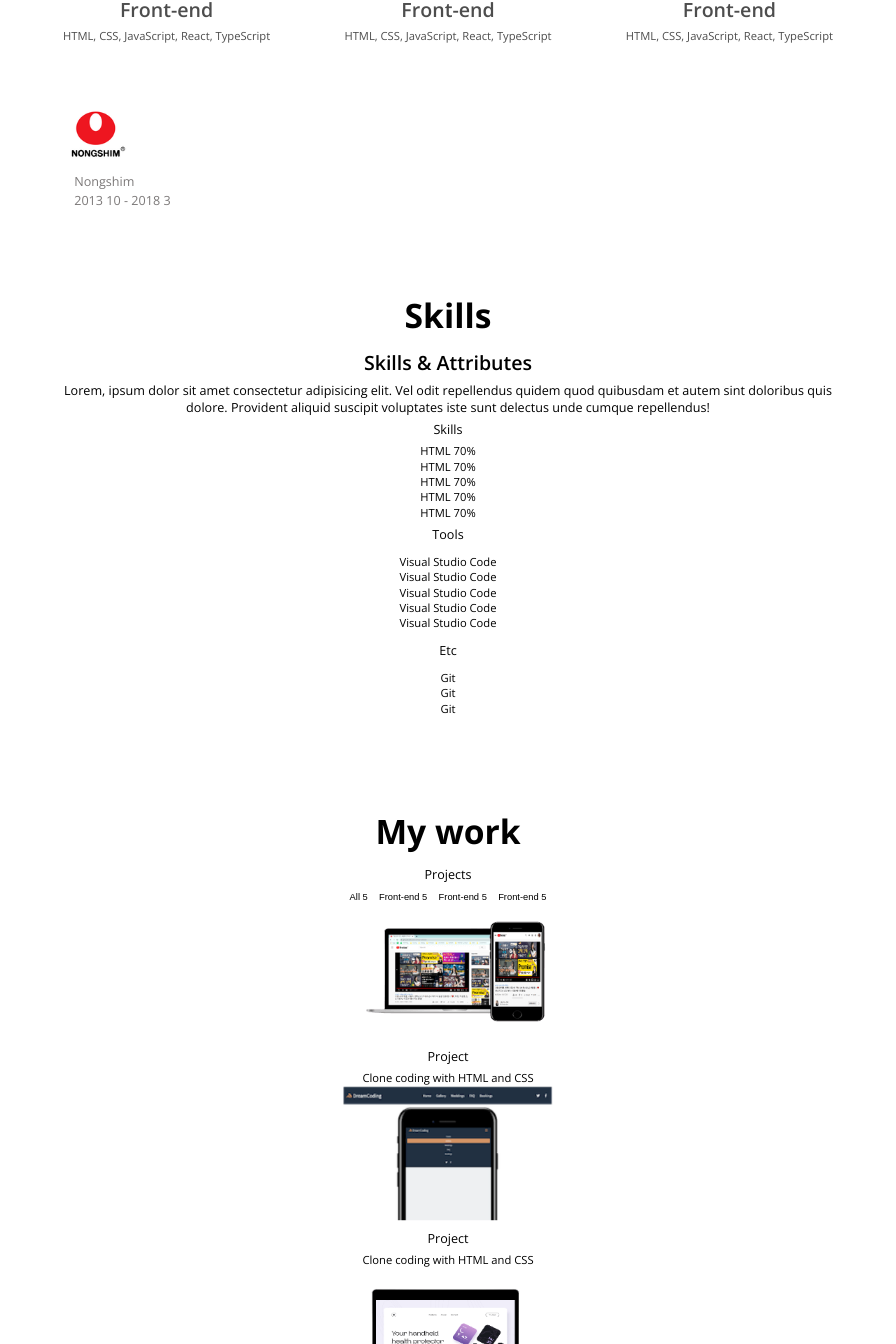
Repository: beomsu9696/Dream_Coding_Academy4
Page: index.html
An editor plug-in stored every save of this project. The page is shown before and after the next save, followed by the edit.
The browser window is 1280 px wide. The pictures show the part of the page from y = 1203 to 3123 px (the page is 6060 px tall before and 6055 px after), at 70% of full size.
Some web libraries are served in a nearby version.

Above is the page before, as saved 2021-01-25 22:14:48.

### index.html
<!DOCTYPE html>
<html lang="en">
  <head>
    <meta charset="UTF-8" />
    <meta name="viewport" content="width=device-width, initial-scale=1.0" />
    <title>Portfolio</title>
    <meta name="description" content="Portfolio" />
    <meta name="author" content="Beomsu" />
    <link rel="icon" type="image/png" href="images/favicon.png" />
    <script
      src="https://kit.fontawesome.com/c90a48a564.js"
      crossorigin="anonymous"
    ></script>
    <link rel="preconnect" href="https://fonts.gstatic.com" />
    <link
      href="https://fonts.googleapis.com/css2?family=Open+Sans:wght@400;600;700&display=swap"
      rel="stylesheet"
    />
    <link rel="stylesheet" href="style.css" />
    <script src="main.js" defer></script>
  </head>
  <body>
    <!-- Navbar -->
    <nav id="navbar">
      <div class="navbar__logo">
        <i class="fab fa-diaspora"></i>
        <a href="#">Beomsu</a>
      </div>
      <ul class="navbar__menu">
        <li class="navbar__menu__item active">Home</li>
        <li class="navbar__menu__item">About</li>
        <li class="navbar__menu__item">Skills</li>
        <li class="navbar__menu__item">My Work</li>
        <li class="navbar__menu__item">Testimonials</li>
        <li class="navbar__menu__item">Contact</li>
      </ul>
    </nav>
    <!-- Home -->
    <section id="home">
      <img
        src="images/profile.JPG"
        alt="Beomsu's profile photo"
        class="home__avatar"
      />
      <h1 class="home__title">Hello, <br />I'm Dream Coder</h1>
      <h2 class="home__description">Working from home</h2>
      <button class="home__contact">Contact Me</button>
    </section>
    <!-- About -->
    <section id="about" class="section">
      <h1>About me</h1>
      <p>
        Lorem ipsum dolor sit, amet consectetur adipisicing elit. Nesciunt,
        minus officiis? Accusamus eligendi animi fuga quam ex sed eos similique
        quidem sit eum veniam facere aliquid natus, inventore nesciunt quod.
      </p>
      <div class="about__majors">
        <div class="major">
          <div class="major__icon">
            <i class="fab fa-html5"></i>
          </div>
          <h2 class="major__title">Front-end</h2>
          <div class="major__description">
            HTML, CSS, JavaScript, React, TypeScript
          </div>
        </div>
        <div class="major">
          <div class="major__icon">
            <i class="fab fa-html5"></i>
          </div>
          <h2 class="major__title">Front-end</h2>
          <div class="major__description">
            HTML, CSS, JavaScript, React, TypeScript
          </div>
        </div>
        <div class="major">
          <div class="major__icon">
            <i class="fab fa-html5"></i>
          </div>
          <h2 class="major__title">Front-end</h2>
          <div class="major__description">
            HTML, CSS, JavaScript, React, TypeScript
          </div>
        </div>
      </div>
      <div class="about__jobs">
        <div class="job">
          <img
            src="images/jobs/logo-nongshim.png"
            alt="nongshim"
            class="job__logo"
          />
          <div class="job__description">
            <p class="job__name"></p>
            <p class="job__period"></p>
          </div>
        </div>
        <div class="job">
          <img src="" alt="" class="job__logo" />
          <div class="job__description">
            <p class="job__name">Nongshim</p>
            <p class="job__period">2013 10 - 2018 3</p>
          </div>
        </div>
      </div>
    </section>
    <!-- Skills -->
    <section id="skills" class="section">
      <h1>Skills</h1>
      <h2>Skills & Attributes</h2>
      <p>
        Lorem, ipsum dolor sit amet consectetur adipisicing elit. Vel odit
        repellendus quidem quod quibusdam et autem sint doloribus quis dolore.
        Provident aliquid suscipit voluptates iste sunt delectus unde cumque
        repellendus!
      </p>
      <div class="skillset">
        <div class="skillset__left">
          <h3 class="skillset__title">Skills</h3>
          <div class="skill">
            <div class="skill_description"></div>
            <span>HTML</span>
            <span>70%</span>
            <!-- <progress value="70" max="100"></progress> -->
            <div class="skill__bar">
              <div class="skill__value"></div>
            </div>
          </div>
          <div class="skill">
            <div class="skill_description"></div>
            <span>HTML</span>
            <span>70%</span>
            <div class="skill__bar">
              <div class="skill__value"></div>
            </div>
          </div>
          <div class="skill">
            <div class="skill_description"></div>
            <span>HTML</span>
            <span>70%</span>
            <div class="skill__bar">
              <div class="skill__value"></div>
            </div>
          </div>
          <div class="skill">
            <div class="skill_description"></div>
            <span>HTML</span>
            <span>70%</span>
            <div class="skill__bar">
              <div class="skill__value"></div>
            </div>
          </div>
          <div class="skill">
            <div class="skill_description"></div>
            <span>HTML</span>
            <span>70%</span>
            <div class="skill__bar">
              <div class="skill__value"></div>
            </div>
          </div>
        </div>
        <div class="skillset__right">
          <div class="tools">
            <h3 class="skillset__title">Tools</h3>
            <ul class="tools__list">
              <li><span>Visual Studio Code</span></li>
              <li><span>Visual Studio Code</span></li>
              <li><span>Visual Studio Code</span></li>
              <li><span>Visual Studio Code</span></li>
              <li><span>Visual Studio Code</span></li>
            </ul>
          </div>
          <div class="etc">
            <h3 class="skillset__title">Etc</h3>
            <ul class="etc__list">
              <li><span>Git</span></li>
              <li><span>Git</span></li>
              <li><span>Git</span></li>
            </ul>
          </div>
        </div>
      </div>
    </section>
    <!-- Work -->
    <section id="work" class="section">
      <h1>My work</h1>
      <h3>Projects</h3>
      <div class="work__categories">
        <button class="category__btn">
          All <span class="category__count">5</span>
        </button>
        <button class="category__btn">
          Front-end <span class="category__count">5</span>
        </button>
        <button class="category__btn">
          Front-end <span class="category__count">5</span>
        </button>
        <button class="category__btn">
          Front-end <span class="category__count">5</span>
        </button>
      </div>
      <div class="work__projects">
        <a href="#" class="project" target="_blank"></a>
        <img
          class="project__img"
          src="images/projects/project1.png"
          alt="Project1"
        />
        <div class="project__description">
          <h3>Project</h3>
          <span>Clone coding with HTML and CSS</span>
        </div>
      </div>
      <div class="work__projects">
        <a href="#" class="project" target="_blank"></a>
        <img
          class="project__img"
          src="images/projects/project2.png"
          alt="Project2"
        />
        <div class="project__description">
          <h3>Project</h3>
          <span>Clone coding with HTML and CSS</span>
        </div>
      </div>
      <div class="work__projects">
        <a href="#" class="project" target="_blank"></a>
        <img
          class="project__img"
          src="images/projects/project3.png"
          alt="Project3"
        />
        <div class="project__description">
          <h3>Project</h3>
          <span>Clone coding with HTML and CSS</span>
        </div>
      </div>
      <div class="work__projects">
        <a href="#" class="project" target="_blank"></a>
        <img
          class="project__img"
          src="images/projects/project4.png"
          alt="Project4"
        />
        <div class="project__description">
          <h3>Project</h3>
          <span>Clone coding with HTML and CSS</span>
        </div>
      </div>
      <div class="work__projects">
        <a href="#" class="project" target="_blank"></a>
        <img
          class="project__img"
          src="images/projects/project5.png"
          alt="Project5"
        />
        <div class="project__description">
          <h3>Project</h3>
          <span>Clone coding with HTML and CSS</span>
        </div>
      </div>
      <div class="work__projects">
        <a href="#" class="project" target="_blank"></a>
        <img
          class="project__img"
          src="images/projects/project6.png"
          alt="Project6"
        />
        <div class="project__description">
          <h3>Project</h3>
          <span>Clone coding with HTML and CSS</span>
        </div>
      </div>
      <div class="work__projects">
        <a href="#" class="project" target="_blank"></a>
        <img
          class="project__img"
          src="images/projects/project7.png"
          alt="Project7"
        />
        <div class="project__description">
          <h3>Project</h3>
          <span>Clone coding with HTML and CSS</span>
        </div>
      </div>
      <div class="work__projects">
        <a href="#" class="project" target="_blank"></a>
        <img
          class="project__img"
          src="images/projects/project8.png"
          alt="Project8"
        />
        <div class="project__description">
          <h3>Project</h3>
          <span>Clone coding with HTML and CSS</span>
        </div>
      </div>
    </section>
    <!-- Testimonials -->
    <section id="testimonials" class="section">
      <h1>Testimonials</h1>
      <h3>See what they say about me</h3>
      <div class="testimonials">
        <div class="testimonial">
          <img
            src="images/people1.jpg"
            alt="People"
            class="testmonial__avatar"
          />
          <div class="testimonial__speech-bubble">
            <p>
              Lorem ipsum dolor sit amet consectetur adipisicing elit. Corporis
              sequi mollitia odit commodi, neque illo. Voluptatum possimus illum
              qui dolores optio porro ipsa doloribus atque tenetur voluptas,
              distinctio nulla sit?
            </p>
            <p class="name"><a href="#">Man</a>Google</p>
          </div>
        </div>
        <div class="testimonial">
          <img
            src="images/people1.jpg"
            alt="People"
            class="testmonial__avatar"
          />
          <div class="testimonial__speech-bubble">
            <p>
              Lorem ipsum dolor sit amet consectetur adipisicing elit. Corporis
              sequi mollitia odit commodi, neque illo. Voluptatum possimus illum
              qui dolores optio porro ipsa doloribus atque tenetur voluptas,
              distinctio nulla sit?
            </p>
            <p class="name"><a href="#">Man</a>Google</p>
          </div>
        </div>
      </div>
    </section>
    <!-- Contact -->
    <section id="contact" class="section">
      <h1 class="contact__title">Let's talk</h1>
      <h2 class="contact__email">dream.coder.ellie@gmail.com</h2>
      <div class="contact__links">
        <a href="#" target="_blank">
          <i class="fab fa-github"></i>
        </a>
        <a href="#" target="_blank">
          <i class="fab fa-linkedin"></i>
        </a>
      </div>
      <p class="contact__rights">
        2021 Dream Coding Ellie - All rights reserved
      </p>
    </section>
  </body>
</html>

### style.css
/* Universal tags */
* {
  box-sizing: border-box;
}

body {
  margin: 0;
  font-family: "Open Sans", sans-serif;
  cursor: default;
}

a {
  text-decoration: none;
  color: var(--color-white);
}

ul {
  list-style: none;
  padding-left: 0;
}

button {
  outline: none;
  background-color: transparent;
  cursor: pointer;
  border: none;
}

/* Global */
:root {
  /* Color */
  --color-white: #ffffff;
  --color-light-white: #eeeeee;
  --color-dark-white: #bdbdbd;
  --color-pink: #fe918d;
  --color-dark-pink: #ff6863;
  --color-dark-grey: #4d4d4d;
  --color-grey: #616161;
  --color-light-grey: #7c7979;
  --color-blue: #73aace;
  --color-yellow: #fff7d1;
  --color-orange: #feb546;
  --color-black: #000000;

  /* Font size */
  --font-large: 48px;
  --font-medium: 28px;
  --font-regular: 18px;
  --font-small: 16px;
  --font-micro: 14px;

  /* Font weight */
  --weight-bold: 700;
  --weight-semi-bold: 600;
  --weight-regular: 400;

  /* Size */
  --size-border-radius: 4px;

  /* Animation */
  --animation-duration: 300ms;
}

/* Typography */

h1 {
  font-size: var(--font-large);
  font-weight: var(--weight-bold);
  color: var(--color-black);
  margin: 16px 0px;
}

h2 {
  font-size: var(--font-medium);
  font-weight: var(--weight-semi-bold);
  color: var(--color-black);
  margin: 8px 0;
}

h3 {
  font-size: var(--font-regular);
  font-weight: var(--weight-regular);
  color: var(--color-black);
  margin: 8px 0;
}

p {
  font-size: var(--font-regular);
  font-weight: var(--weight-regular);
  color: var(--color-black);
  margin: 4px 0;
}

/* Navbar */
#navbar {
  display: flex;
  justify-content: space-between;
  background-color: var(--color-pink);
  align-items: center;
  color: var(--color-white);
  padding: 16px;
}

.navbar__menu {
  display: flex;
}

.navbar__logo {
  font-size: var(--font-medium);
  font-weight: var(--weight-semi-bold);
}

.navbar__menu__item {
  padding: 8px 12px;
  margin: 0 4px;
  cursor: pointer;
  border-radius: var(--size-border-radius);
}

.navbar__menu__item.active {
  border: 1px solid var(--color-white);
}

.navbar__menu__item:hover {
  background-color: var(--color-dark-pink);
}

/* Home */
#home {
  background: center/cover no-repeat url(images/homebackground.png);
  padding: 40px;
  text-align: center;
}

.home__avatar {
  width: 250px;
  height: 250px;
  border-radius: 50%;
  border: 2px solid var(--color-light-white);
}

.home__title,
.home__description {
  color: var(--color-white);
}

.home__contact {
  color: var(--color-white);
  font-size: var(--font-regular);
  font-weight: var(--weight-bold);
  margin: 24px;
  padding: 8px 12px;
  border: 2px solid var(--color-white);
  border-radius: var(--size-border-radius);
}

/* Section common */
.section {
  text-align: center;
  padding: 50px;
  max-width: 1200px;
  margin: auto;
}

/* About */
.about__majors {
  display: flex;
  justify-content: space-between;
  margin: 80px 0;
}

.major__icon {
  width: 170px;
  height: 170px;
  line-height: 170px;
  font-size: 70px;
  margin: auto;
  color: var(--color-blue);
  border: 1px solid var(--color-blue);
  border-radius: 50%;
  margin-bottom: 16px;
}

.major__icon i {
  transition: all var(--animation-duration) ease;
}

.major__icon:hover i {
  color: var(--color-pink);
  transform: rotate(-30deg) scale(1.1);
}

.major__title,
.major__description {
  color: var(--color-dark-grey);
}

.major__description {
  font-size: var(--font-small);
}

.job {
  display: flex;
  align-items: center;
}

.job__description {
  margin: 0 16px;
  text-align: left;
}

.job__name,
.job__period {
  color: var(--color-light-grey);
}

Loaded but not shown: main.js (no copy from this time; the picture is the same without it)

After the next save:
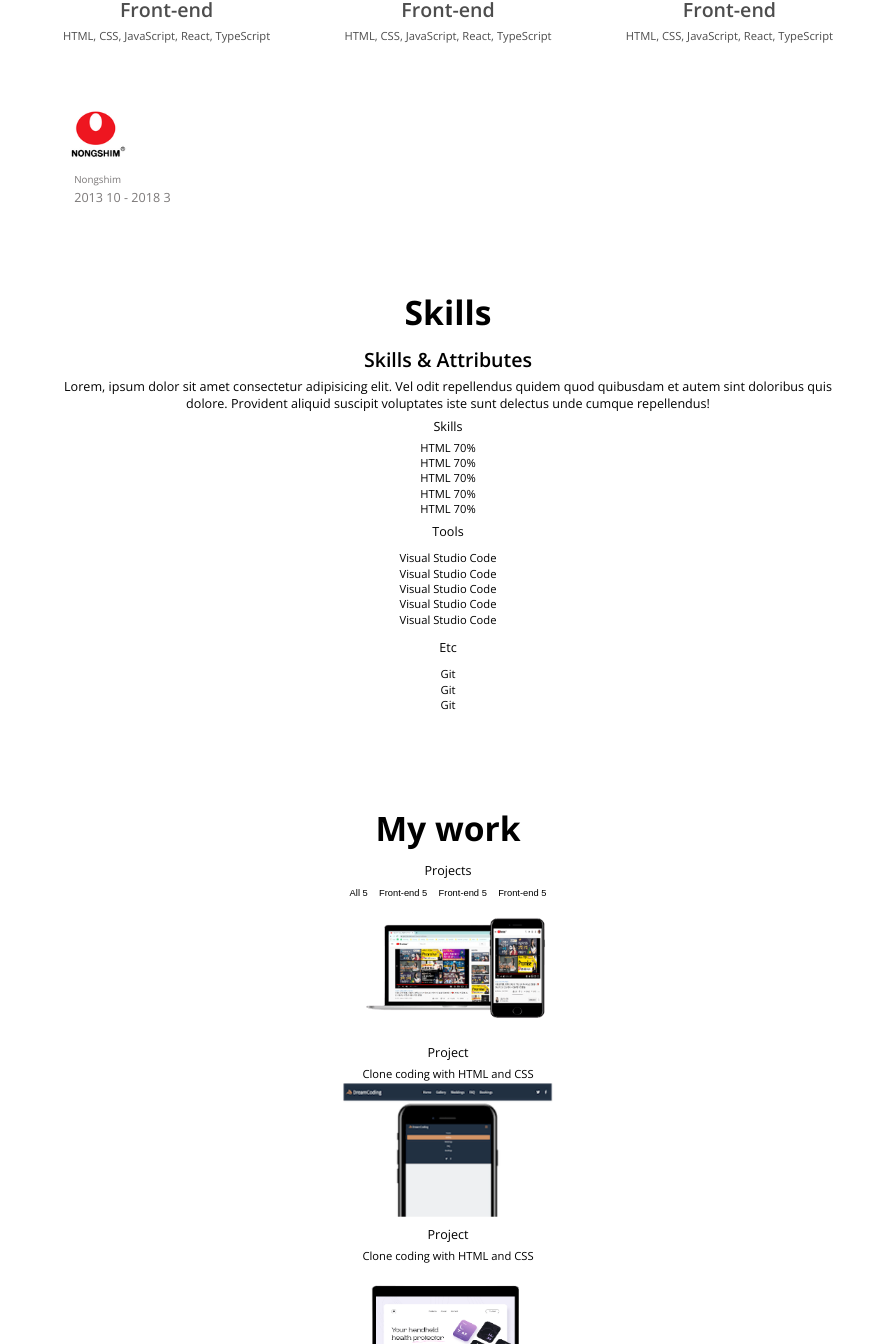
Saved 18 s later.
--- a/style.css
+++ b/style.css
@@ -213,3 +213,7 @@
 .job__period {
   color: var(--color-light-grey);
 }
+
+.job__name {
+  font-size: var(--font-micro);
+}
